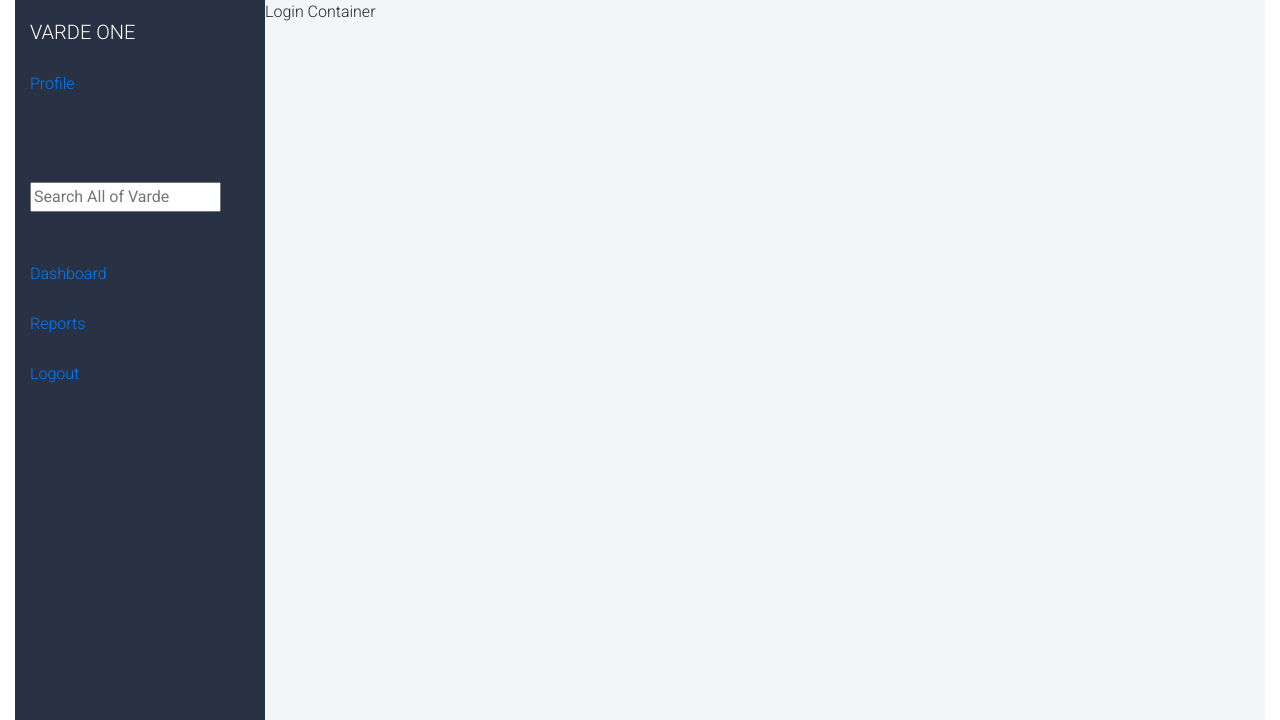
Repository: slavishtipkov/cra-redux
Page: /
The author's editor kept a copy of each file at every save. The page is drawn from the files as they stood at one save, then again after the next save.
The browser window is 1280 px wide. The pictures show the whole page.
The project was rebuilt for these pictures with package versions that can differ from the ones it lists, and the page was loaded fresh each time.

Above is the page before, as saved 2019-07-09 14:05:55.

### src/index.js
import React from "react";
import ReactDOM from "react-dom";
import { BrowserRouter as Router } from "react-router-dom";

import * as serviceWorker from "./serviceWorker";

import "@fortawesome/fontawesome-free/css/all.min.css";
import "bootstrap-css-only/css/bootstrap.min.css";
import "mdbreact/dist/css/mdb.css";

import App from "./Components/App";

import "./index.css";

ReactDOM.render(
  <Router>
    <App />
  </Router>,
  document.getElementById("root")
);

// If you want your app to work offline and load faster, you can change
// unregister() to register() below. Note this comes with some pitfalls.
// Learn more about service workers: https://bit.ly/CRA-PWA
serviceWorker.unregister();

### src/index.css
@import-normalize;

#root {
  max-width: 1360px;
  min-width: 960px;
  margin: 0 auto;
}

### src/Components/App/App.js
import React, { Suspense, lazy } from "react";
import { Route, Switch } from "react-router-dom";

import SideBar from "../Common/SideBar";

import "./App.scss";

const Login = lazy(() => import("../../Containers/Login"));
const Profile = lazy(() => import("../../Containers/Profile"));
const Dashboard = lazy(() => import("../../Containers/Dashboard"));
const Reports = lazy(() => import("../../Containers/Reports"));
const NotFound = lazy(() => import("../Common/NotFound"));

const App = ({ childProps }) => {
  return (
    <div className="container-fluid">
      <SideBar />
      <Suspense fallback={<div>Loading...</div>}>
        <Switch>
          <Route path="/" exact component={Login} props={childProps} />
          <Route path="/profile" exact component={Profile} props={childProps} />
          <Route
            path="/dashboard"
            exact
            component={Dashboard}
            props={childProps}
          />
          <Route path="/reports" exact component={Reports} props={childProps} />
          <Route component={NotFound} />
        </Switch>
      </Suspense>
    </div>
  );
};

export default App;

### src/Components/App/App.scss
.container-fluid {
  width: 100%;
  height: 100vh;

  display: flex;
  align-items: stretch;

  .side-bar {
    width: 20%;
  }

  .page {
    width: 80%;
    background-color: #f3f5f7;

    .page-header {
      .page-header-nav {
        background-color: #ffffff;
        display: flex;
        justify-content: space-between;

        ul {
          display: flex;
          margin: 0;
          padding: 0;
          height: 55px;
          line-height: 55px;

          padding-left: 25px;

          li {
            display: block;
            margin-right: 30px;
          }
        }

        .generate-button {
          margin-right: 25px;
          height: 30px;
          width: 135px;
          background-color: #4986ba;
          line-height: 30px;
        }
      }
      .page-header-content {
        padding-left: 25px;
      }
    }

    .page-content {
      padding-left: 25px;
    }
  }
}

### src/Components/Common/SideBar/SideBar.js
import React from "react";
import { NavLink } from "react-router-dom";

import "./sideBar.scss";
import { MDBContainer, MDBRow, MDBCol } from "mdbreact";
const SideBar = () => {
  const activeStyle = { color: "#F15B2A" };

  return (
    <nav className="side-bar">
      <h5 className="heading">VARDE ONE</h5>
      <div className="profile-section">
        <NavLink to="/profile" activeStyle={activeStyle}>
          Profile
        </NavLink>
      </div>
      <div className="search-bar">
        <input type="text" placeholder="Search All of Varde" />
      </div>
      <div className="main-links">
        <NavLink to="/dashboard" activeStyle={activeStyle}>
          Dashboard
        </NavLink>
        <NavLink to="/reports" activeStyle={activeStyle} exact>
          Reports
        </NavLink>
      </div>
      <NavLink to="/logout" activeStyle={activeStyle}>
        Logout
      </NavLink>
    </nav>
  );
};

export default SideBar;

### src/Containers/Login/Login.js
import React from "react";

const Login = () => <div className="login-page page">Login Container</div>;

export default Login;

### src/Components/Common/SideBar/sideBar.scss
.side-bar {
  display: flex;
  flex-direction: column;

  padding-left: 15px;
  padding-right: 15px;
  background-color: #293244;

  .heading {
    padding-top: 20px;
    padding-bottom: 20px;
    color: white;
  }

  .profile-section {
    height: 90px;
    margin-bottom: 20px;
  }

  .serach-bar {
    padding-top: 20px;
    margin-bottom: 50px;

    input {
      display: inline;
    }
  }

  .main-links {
    display: flex;
    flex-direction: column;
    margin-top: 50px;

    a {
      height: 50px;
      text-decoration: none;
    }
  }
}

Loaded but not shown: public/index.html (common file); src/serviceWorker.js (common file); src/Components/App/index.js (common file); src/Components/Common/SideBar/index.js (common file); src/Containers/Login/index.js (common file)

After the next save:
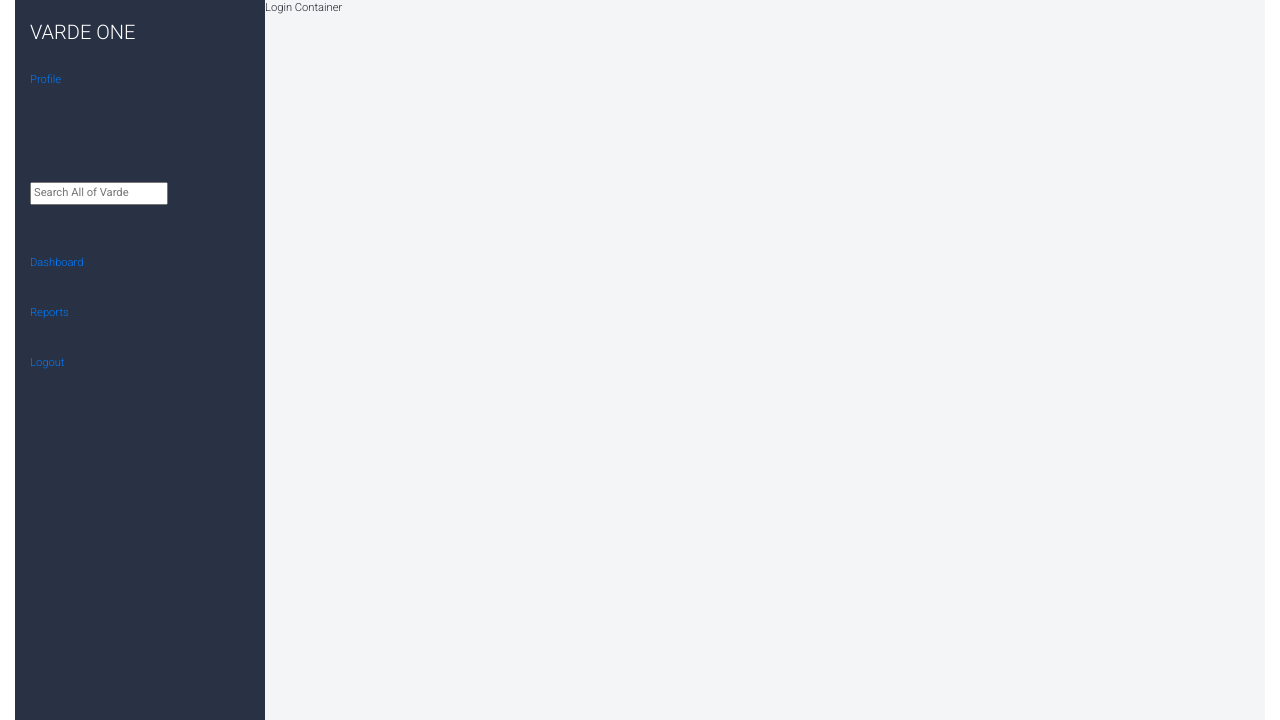
Saved 84 s later.
--- a/src/index.css
+++ b/src/index.css
@@ -4,4 +4,5 @@
   max-width: 1360px;
   min-width: 960px;
   margin: 0 auto;
+  font-size: 0.7rem;
 }
